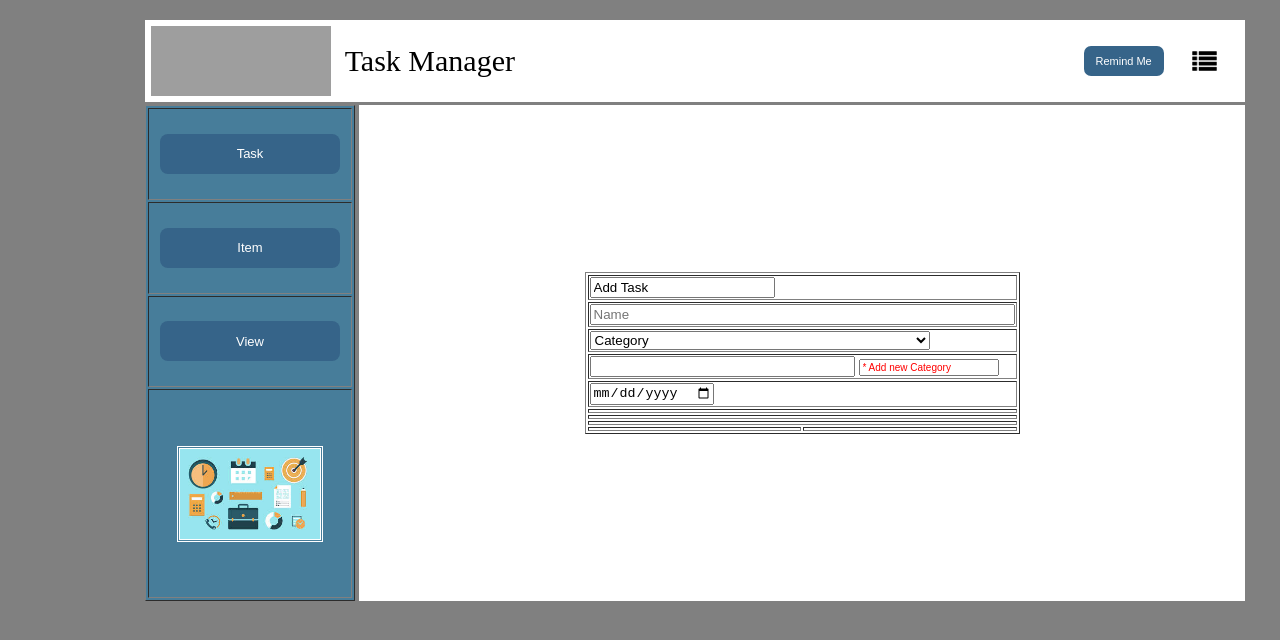
Repository: SnehaSalvi/TaskManagerProject
Page: http://localhost/TaskManagerChecklist/AddTask.jsp
The author's editor kept a copy of each file at every save. The page is drawn from the files as they stood at one save, then again after the next save.
The browser window is 1280 px wide. The pictures show the whole page.
Pictures or frames that could not be fetched are drawn as grey boxes. The page is served by Tomcat 9.

Above is the page before, as saved 2016-10-14 08:13:24.

After the next save:
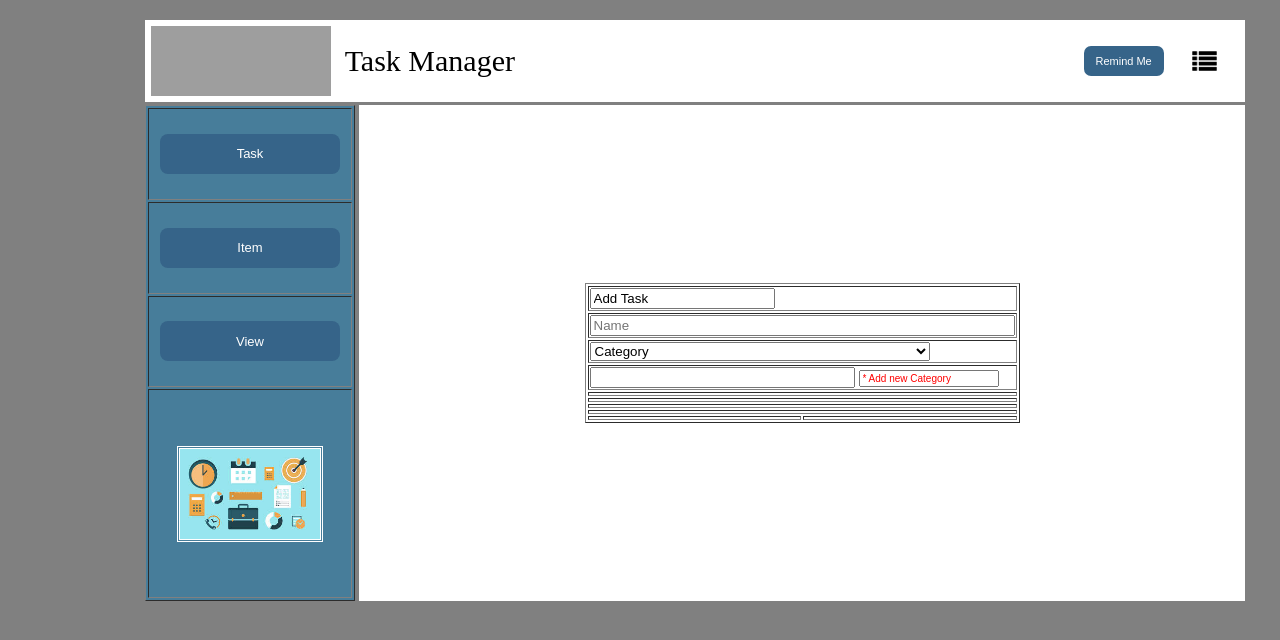
Saved 21 s later.
--- a/TaskManagerChecklist/WebContent/AddTask.jsp
+++ b/TaskManagerChecklist/WebContent/AddTask.jsp
@@ -93,7 +93,7 @@
 								</tr>
 								<tr>
 									<td colspan="2">
-										<input type="date" name="date">
+
 									</td>
 								</tr>
 								<tr>

After the save that followed:
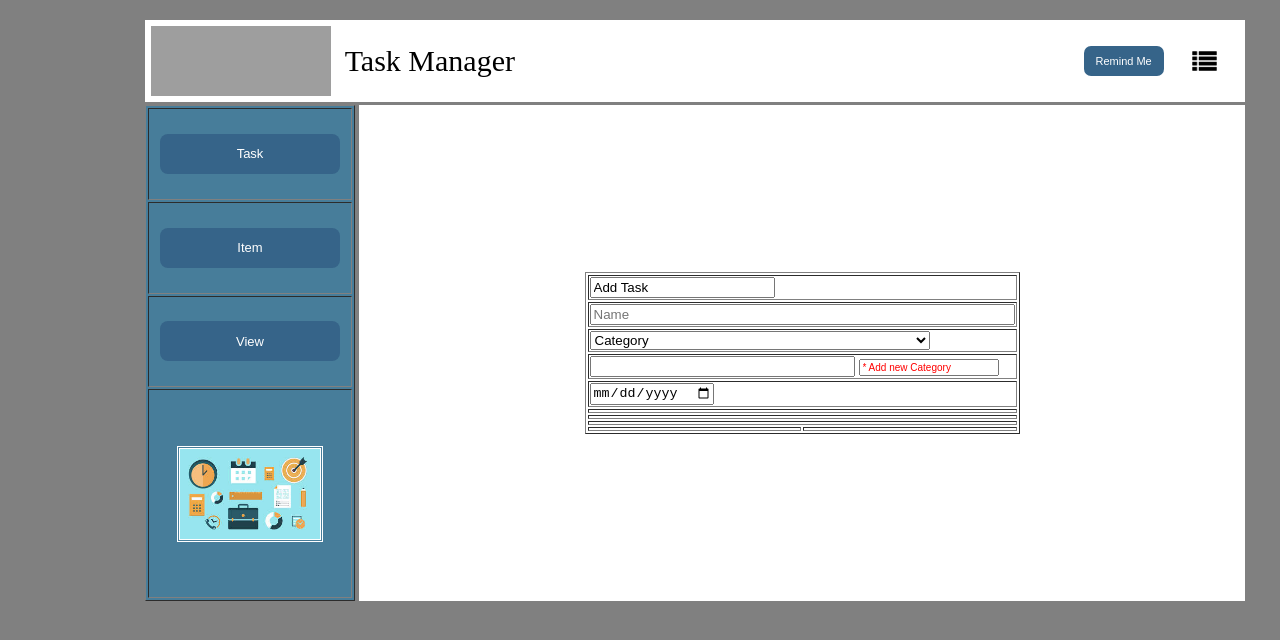
Saved 48 s later.
--- a/TaskManagerChecklist/WebContent/AddTask.jsp
+++ b/TaskManagerChecklist/WebContent/AddTask.jsp
@@ -93,7 +93,7 @@
 								</tr>
 								<tr>
 									<td colspan="2">
-
+										<input type="date" name="Date">
 									</td>
 								</tr>
 								<tr>
